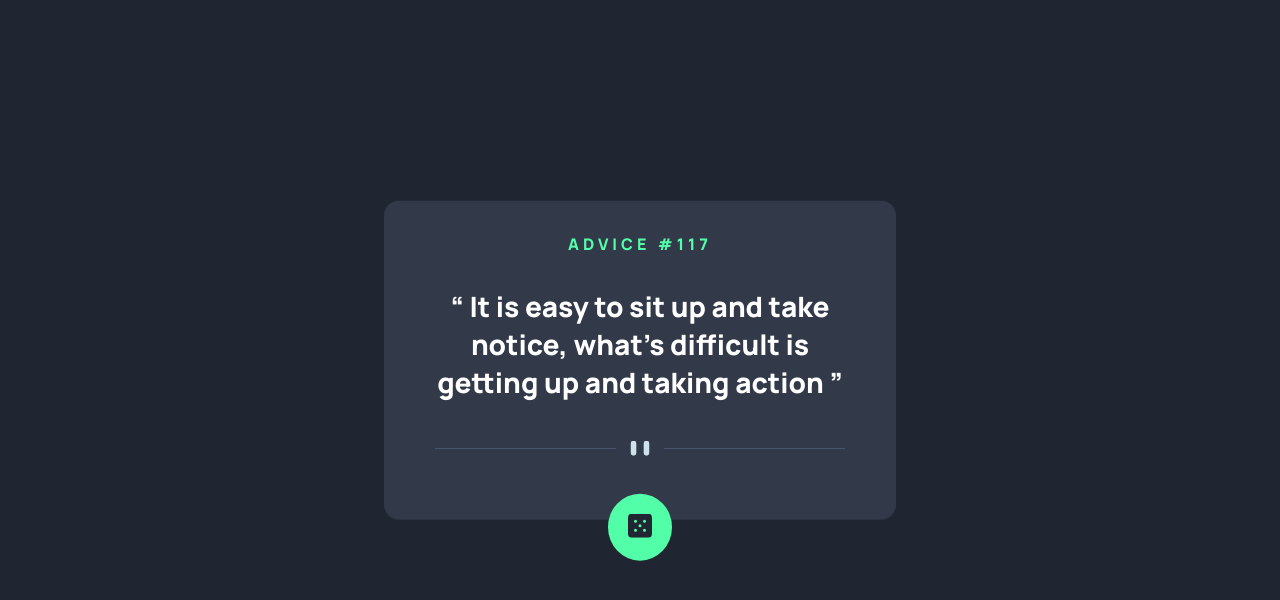
Repository: WindOfCodes/advice-generator-app
Page: index.html
The author's editor kept a copy of each file at every save. The page is drawn from the files as they stood at one save, then again after a run of saves.
The browser window is 1280 px wide. The pictures show the whole page.

Above is the page before, as saved 2022-11-29 12:55:46.

After the next 5 saves:
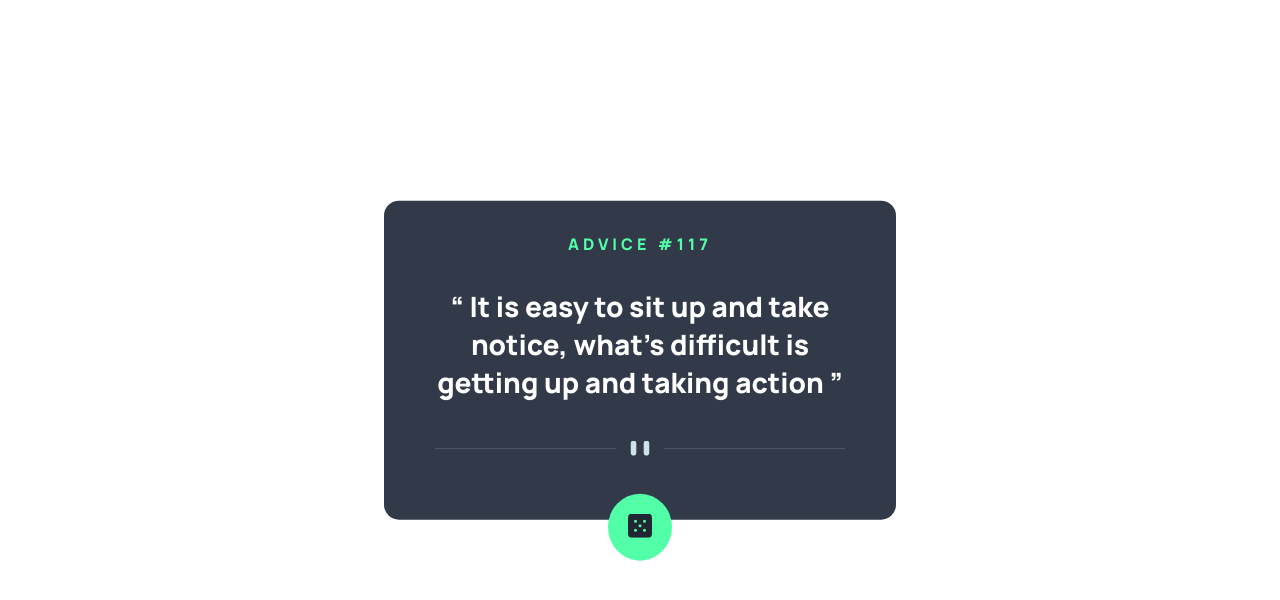
The 5 saves are shown as one change because they came seconds apart.
The last was saved 32 s later.
--- a/styles/main.css
+++ b/styles/main.css
@@ -12,7 +12,7 @@
 body {
   font-family: "Manrope", sans-serif;
   font-weight: 800;
-  background-color: hsl(218, 23%, 16%);
+  background-color: var(da);
   font-size: 28px;
 }
 

After the 3 saves that followed:
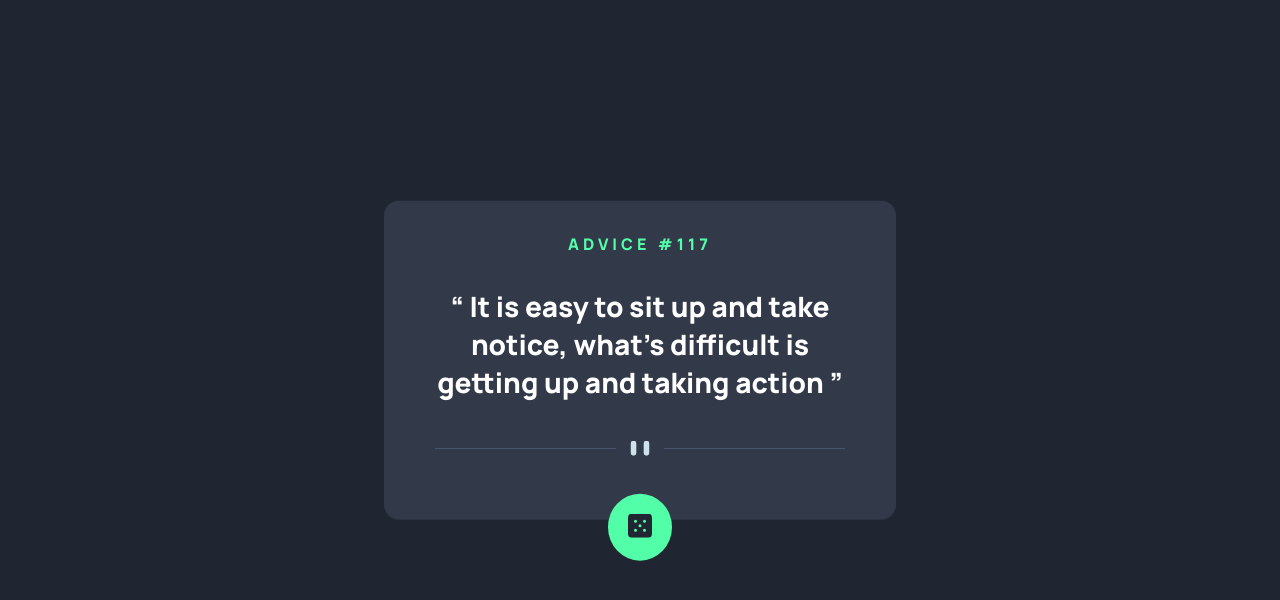
The 3 saves are shown as one change because 1 left the picture as it was and some came seconds apart.
The last was saved 9 s later.
--- a/styles/main.css
+++ b/styles/main.css
@@ -12,7 +12,7 @@
 body {
   font-family: "Manrope", sans-serif;
   font-weight: 800;
-  background-color: var(da);
+  background-color: hsl(218, 23%, 16%);
   font-size: 28px;
 }
 
